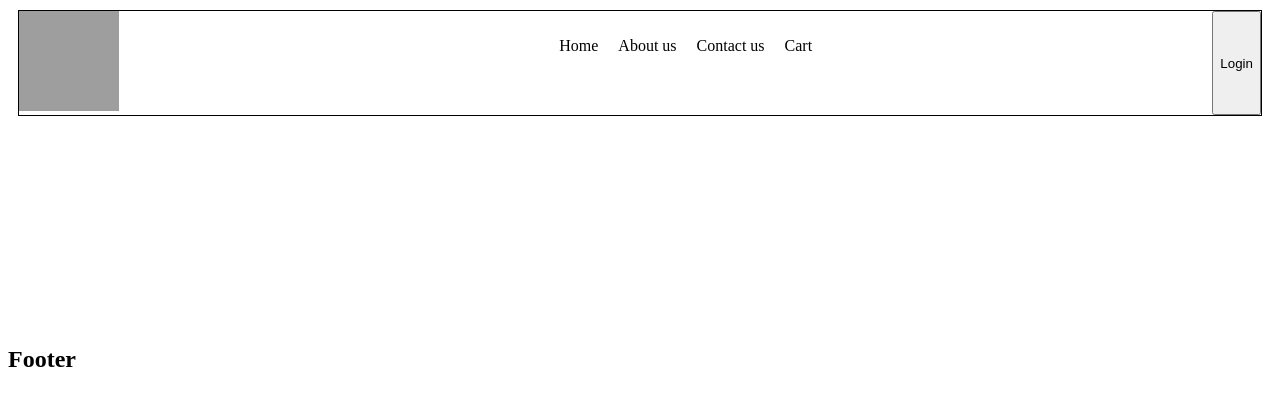
Repository: shivamv97/FOOD-VILLA-APP
Page: /
These files come from the project's save history. The page is drawn as it stood at one moment and after the next save; the edit follows.
The browser window is 1280 px wide. The pictures show the whole page.
Pictures or frames that could not be fetched are drawn as grey boxes. The page's requests for data from a server got no answer. The project was rebuilt for these pictures with package versions that can differ from the ones it lists, and the page was loaded fresh each time. No one was signed in, and anything a server would have sent is missing. Also part of the build but not shown: src/components/RestaurantCards.js.

Above is the page before, as saved 2024-08-02 19:03:48.

### index.html
<!DOCTYPE html>
<html lang="en">
  <head>
    <meta charset="UTF-8" />
    <meta name="viewport" content="width=device-width, initial-scale=1.0" />
    <title>Learning REACT</title>
    <link rel="stylesheet" href="style.css" />
  </head>
  <body>
    <div id="root">Not Rendered</div>
    <!-- <script
      crossorigin
      src="https://unpkg.com/react@18/umd/react.development.js"
    ></script>
    <script
      crossorigin
      src="https://unpkg.com/react-dom@18/umd/react-dom.development.js"
    ></script> -->
    <script type="module" src="src/App.js"></script>
  </body>
</html>

### style.css
.header {
  display: flex;
  justify-content: space-between;
  margin: 10px;
  border: 1px solid black;
}
.nav-items > ul {
  list-style-type: none;
  display: flex;
}

.nav-items > ul > li {
  padding: 10px;
}
.logo {
  width: 100px;
  height: 100px;
}

.card {
  width: 255px;
  border: 1px solid black;
  padding: 10px;
  margin: 10px;
  overflow-wrap: break-word;
}

.card > img {
  width: 100%;
}

.restaurant-list {
  display: flex;
  flex-wrap: wrap;
}

.shimmer-card {
  width: 2px00;
  height: 200px;
  background: lightgrey;
}

### src/App.js
import React from "react";
import ReactDOM from "react-dom/client";
import HeaderComponent from "./components/Title";
import Body from "./components/Body";
import Footer from "./components/Footer";

/*
Header
   -logo
   -Nav item(right side)
   -cart
Body
   -Search bar
   -RestrauntList
     -RestrauntCard
     -Image
     -Name
     -Ratings
     -Cusines
Footer
     -Links
     -Copyrigh
*/

const AppLayout = () => {
  return (
    <>
      <HeaderComponent />
      <Body />
      <Footer />
    </>
  );
};

const root = ReactDOM.createRoot(document.getElementById("root"));

root.render(<AppLayout />); //it will override children of div element

### src/components/Title.js
import { useState } from "react";

const LoggedInUser = () => {
  //API used for authentication
  return true;
};

const Title = () => (
  <a href="/ ">
    <img
      className="logo"
      alt="logo"
      src="https://encrypted-tbn0.gstatic.com/images?q=tbn:ANd9GcTJtFXKFKFoihdrJEvX4jBtXqfcO2kJ0KAlIg&s"
    />
  </a>
);

const HeaderComponent = () => {
  const [isLoggedIn, setisLoggedIn] = useState(false);
  return (
    <div className="header">
      <Title />
      <div className="nav-items">
        <ul>
          <li>Home</li>
          <li>About us</li>
          <li>Contact us</li>
          <li>Cart</li>
        </ul>
      </div>
      {isLoggedIn ? (
        <button onClick={() => setisLoggedIn(false)}>Logout</button>
      ) : (
        <button onClick={() => setisLoggedIn(true)}>Login</button>
      )}
    </div>
  );
};

export default HeaderComponent;

### src/components/Body.js
import { restaurantlist } from "../config";
import RestrauntCard from "./RestaurantCards";
import { useState, useEffect } from "react";
import Shimmer from "./shimmer";

function filterdata(searchText, restaurants) {
  return restaurants.filter((restaurant) =>
    restaurant.info.name.toLowerCase().includes(searchText.toLowerCase())
  );
}

const Body = () => {
  // const searchTxt = "KFC"; //for reference...(IN JS)
  const [AllRestaurants, setAllRestaurants] = useState([]);
  const [FilteredRestaurants, setFilteredRestaurants] = useState([]); //restaurantlist
  const [searchText, setsearchText] = useState(""); //To create state variable.......(IN REACT)
  // console.log("render()");

  useEffect(() => {
    //API call
    GetRestaurants();
  }, []);

  async function GetRestaurants() {
    const data = await fetch(
      "https://www.swiggy.com/dapi/restaurants/list/v5?lat=28.7040592&lng=77.10249019999999&collection=83667"
    );
    const json = await data.json();
    console.log(json);
    //you have to make change only in line 32,in cards[i],where i is keep changing in the above api link,try from 0-11
    //it's an config-driven UI,Hence,it's Grid Element position keeps on changing.......
    setAllRestaurants(
      json?.data?.cards[1]?.card?.card?.gridElements?.infoWithStyle?.restaurants
    );
    setFilteredRestaurants(
      json?.data?.cards[1]?.card?.card?.gridElements?.infoWithStyle?.restaurants
    );
  }

  console.log("render");

  //Don't render component(Early Return)
  // if (!AllRestaurants) return null;
  // if (FilteredRestaurants?.length === 0) return <h1>No Restaurants Found!</h1>;

  //Conditional rendering
  return AllRestaurants?.length == 0 ? (
    <Shimmer />
  ) : (
    <>
      <div className="search-box">
        <input
          type="text"
          className="search-input"
          placeholder="Search"
          value={searchText}
          onChange={(e) => {
            setsearchText(e.target.value);
          }}
        />
        <button
          className="search-btn"
          onClick={() => {
            //filter the data according to need
            const data = filterdata(searchText, AllRestaurants);
            setFilteredRestaurants(data);
            //need to update the state-restaurants
          }}
        >
          Search
        </button>
      </div>
      <div className="restaurant-list">
        {
          FilteredRestaurants.map((restaurant) => {
            return (
              <RestrauntCard key={restaurant.info.id} {...restaurant.info} />
            );
          })
          //H.W. => 1.PROPER PLACE FOR NO RESTAURANTS FOUND   2.SEARCH WENT OFF WHEN IT IS SHOWING NO RESTAURANTS FOUND..........
        }
      </div>
    </>
  );
};

export default Body;

### src/components/Footer.js
const Footer = () => {
  return <h2>Footer</h2>;
};

export default Footer;

### src/config.js
//PUT MY all Hard Coded File Here
export const Img_cdn_url =
  "https://media-assets.swiggy.com/swiggy/image/upload/fl_lossy,f_auto,q_auto,w_660/";

//Config Driven UI
export const restaurantlist = [
  //public API of Swiggy
  {
    "@type": "type.googleapis.com/swiggy.presentation.food.v2.Restaurant",
    info: {
      id: "8561",
      name: "Mughlai Junction",
      cloudinaryImageId: "tnl2yuuxi8zjbgru6iqj",
      locality: "Connaught Place",
      areaName: "Connaught Place",
      costForTwo: "₹600 for two",
      cuisines: ["Mughlai", "North Indian", "Tandoor"],
      avgRating: 4.3,
      parentId: "5354",
      avgRatingString: "4.3",
      totalRatingsString: "10K+",
      promoted: true,
      adTrackingId:
        "cid=15007607~p=0~adgrpid=15007607#ag1~mp=SWIGGY_IN~bl=FOOD~aet=RESTAURANT~aeid=8561~eid=321f01bc-98c6-405c-89d6-b18422bb8f70~srvts=1721229990431~collid=83639",
      sla: {
        deliveryTime: 37,
        lastMileTravel: 4.8,
        serviceability: "SERVICEABLE",
        slaString: "35-40 mins",
        lastMileTravelString: "4.8 km",
        iconType: "ICON_TYPE_EMPTY",
      },
      availability: {
        nextCloseTime: "2024-07-17 23:00:00",
        opened: true,
      },
      badges: {},
      isOpen: true,
      type: "F",
      badgesV2: {
        entityBadges: {
          textExtendedBadges: {},
          textBased: {},
          imageBased: {},
        },
      },
      aggregatedDiscountInfoV3: {
        header: "10% OFF",
        subHeader: "UPTO ₹35",
      },
      orderabilityCommunication: {
        title: {},
        subTitle: {},
        message: {},
        customIcon: {},
      },
      differentiatedUi: {
        displayType: "ADS_UI_DISPLAY_TYPE_ENUM_DEFAULT",
        differentiatedUiMediaDetails: {
          mediaType: "ADS_MEDIA_ENUM_IMAGE",
          lottie: {},
          video: {},
        },
      },
      reviewsSummary: {},
      displayType: "RESTAURANT_DISPLAY_TYPE_DEFAULT",
      restaurantOfferPresentationInfo: {},
      externalRatings: {
        aggregatedRating: {
          rating: "4.4",
          ratingCount: "1K+",
        },
        source: "GOOGLE",
        sourceIconImageId: "v1704440323/google_ratings/rating_google_tag",
      },
      ratingsDisplayPreference: "RATINGS_DISPLAY_PREFERENCE_SHOW_SWIGGY",
    },
    analytics: {},
    cta: {
      link: "swiggy://menu?restaurant_id=8561&source=collection&query=Biryani",
      text: "RESTAURANT_MENU",
      type: "DEEPLINK",
    },
    widgetId: "collectionV5RestaurantListWidget_SimRestoRelevance_food",
  },

  {
    "@type": "type.googleapis.com/swiggy.presentation.food.v2.Restaurant",
    info: {
      id: "817359",
      name: "Zahra Restaurant & Cafe",
      cloudinaryImageId: "asaqtuuszx7hzmxpnfpo",
      locality: "Old Delhi",
      areaName: "Old Delhi",
      costForTwo: "₹300 for two",
      cuisines: ["Indian", "Tandoor", "Kebabs", "Snacks", "Biryani"],
      avgRating: 4.3,
      parentId: "229129",
      avgRatingString: "4.3",
      totalRatingsString: "100+",
      sla: {
        deliveryTime: 29,
        lastMileTravel: 1.3,
        serviceability: "SERVICEABLE",
        slaString: "25-30 mins",
        lastMileTravelString: "1.3 km",
        iconType: "ICON_TYPE_EMPTY",
      },
      availability: {
        nextCloseTime: "2024-07-17 22:59:00",
        opened: true,
      },
      badges: {},
      isOpen: true,
      type: "F",
      badgesV2: {
        entityBadges: {
          textExtendedBadges: {},
          textBased: {},
          imageBased: {},
        },
      },
      aggregatedDiscountInfoV3: {
        header: "50% OFF",
        subHeader: "UPTO ₹100",
      },
      orderabilityCommunication: {
        title: {},
        subTitle: {},
        message: {},
        customIcon: {},
      },
      differentiatedUi: {
        displayType: "ADS_UI_DISPLAY_TYPE_ENUM_DEFAULT",
        differentiatedUiMediaDetails: {
          mediaType: "ADS_MEDIA_ENUM_IMAGE",
          lottie: {},
          video: {},
        },
      },
      reviewsSummary: {},
      displayType: "RESTAURANT_DISPLAY_TYPE_DEFAULT",
      restaurantOfferPresentationInfo: {},
      externalRatings: {
        aggregatedRating: {
          rating: "--",
        },
      },
      ratingsDisplayPreference: "RATINGS_DISPLAY_PREFERENCE_SHOW_SWIGGY",
    },
    analytics: {},
    cta: {
      link: "swiggy://menu?restaurant_id=817359&source=collection&query=Biryani",
      text: "RESTAURANT_MENU",
      type: "DEEPLINK",
    },
    widgetId: "collectionV5RestaurantListWidget_SimRestoRelevance_food",
  },

  {
    "@type": "type.googleapis.com/swiggy.presentation.food.v2.Restaurant",
    info: {
      id: "81523",
      name: "Amma Mess",
      cloudinaryImageId: "a09jpzja1zusso85bbmz",
      locality: "Karol Bagh",
      areaName: "Karol Bagh",
      costForTwo: "₹300 for two",
      cuisines: ["South Indian"],
      avgRating: 4.5,
      parentId: "15687",
      avgRatingString: "4.5",
      totalRatingsString: "10K+",
      promoted: true,
      adTrackingId:
        "cid=15010070~p=1~adgrpid=15010070#ag1~mp=SWIGGY_IN~bl=FOOD~aet=RESTAURANT~aeid=81523~eid=b2807d99-426d-4265-8bac-9448c8101a5f~srvts=1721229990431~collid=83639",
      sla: {
        deliveryTime: 37,
        lastMileTravel: 6.3,
        serviceability: "SERVICEABLE",
        slaString: "35-40 mins",
        lastMileTravelString: "6.3 km",
        iconType: "ICON_TYPE_EMPTY",
      },
      availability: {
        nextCloseTime: "2024-07-17 22:30:00",
        opened: true,
      },
      badges: {},
      isOpen: true,
      aggregatedDiscountInfoV2: {},
      type: "F",
      badgesV2: {
        entityBadges: {
          textBased: {},
          imageBased: {},
          textExtendedBadges: {},
        },
      },
      orderabilityCommunication: {
        title: {},
        subTitle: {},
        message: {},
        customIcon: {},
      },
      differentiatedUi: {
        displayType: "ADS_UI_DISPLAY_TYPE_ENUM_DEFAULT",
        differentiatedUiMediaDetails: {
          mediaType: "ADS_MEDIA_ENUM_IMAGE",
          lottie: {},
          video: {},
        },
      },
      reviewsSummary: {},
      displayType: "RESTAURANT_DISPLAY_TYPE_DEFAULT",
      restaurantOfferPresentationInfo: {},
      externalRatings: {
        aggregatedRating: {
          rating: "4.2",
          ratingCount: "1K+",
        },
        source: "GOOGLE",
        sourceIconImageId: "v1704440323/google_ratings/rating_google_tag",
      },
      ratingsDisplayPreference: "RATINGS_DISPLAY_PREFERENCE_SHOW_SWIGGY",
    },
    analytics: {},
    cta: {
      link: "swiggy://menu?restaurant_id=81523&source=collection&query=Biryani",
      text: "RESTAURANT_MENU",
      type: "DEEPLINK",
    },
    widgetId: "collectionV5RestaurantListWidget_SimRestoRelevance_food",
  },

  {
    "@type": "type.googleapis.com/swiggy.presentation.food.v2.Restaurant",
    info: {
      id: "144716",
      name: "Mughlai Invitation",
      cloudinaryImageId: "a4530760ed2ff35b487605618cc6dc45",
      areaName: "Chandni Chowk",
      costForTwo: "₹200 for two",
      cuisines: ["Indian", "Mughlai", "Biryani", "Sweets"],
      avgRating: 4.6,
      parentId: "141076",
      avgRatingString: "4.6",
      totalRatingsString: "100+",
      sla: {
        deliveryTime: 30,
        lastMileTravel: 1.5,
        serviceability: "SERVICEABLE",
        slaString: "30-35 mins",
        lastMileTravelString: "1.5 km",
        iconType: "ICON_TYPE_EMPTY",
      },
      availability: {
        nextCloseTime: "2024-07-17 22:59:00",
        opened: true,
      },
      badges: {},
      isOpen: true,
      aggregatedDiscountInfoV2: {},
      type: "F",
      badgesV2: {
        entityBadges: {
          textExtendedBadges: {},
          textBased: {},
          imageBased: {},
        },
      },
      orderabilityCommunication: {
        title: {},
        subTitle: {},
        message: {},
        customIcon: {},
      },
      differentiatedUi: {
        displayType: "ADS_UI_DISPLAY_TYPE_ENUM_DEFAULT",
        differentiatedUiMediaDetails: {
          mediaType: "ADS_MEDIA_ENUM_IMAGE",
          lottie: {},
          video: {},
        },
      },
      reviewsSummary: {},
      displayType: "RESTAURANT_DISPLAY_TYPE_DEFAULT",
      restaurantOfferPresentationInfo: {},
      externalRatings: {
        aggregatedRating: {
          rating: "4.8",
          ratingCount: "100+",
        },
        source: "GOOGLE",
        sourceIconImageId: "v1704440323/google_ratings/rating_google_tag",
      },
      ratingsDisplayPreference: "RATINGS_DISPLAY_PREFERENCE_SHOW_SWIGGY",
    },
    analytics: {},
    cta: {
      link: "swiggy://menu?restaurant_id=144716&source=collection&query=Biryani",
      text: "RESTAURANT_MENU",
      type: "DEEPLINK",
    },
    widgetId: "collectionV5RestaurantListWidget_SimRestoRelevance_food",
  },

  {
    "@type": "type.googleapis.com/swiggy.presentation.food.v2.Restaurant",
    info: {
      id: "64321",
      name: "Southern Masala",
      cloudinaryImageId: "14527e27a298304dd07904f777372cb5",
      locality: "Karol Bagh",
      areaName: "Karol Bagh",
      costForTwo: "₹350 for two",
      cuisines: ["Andhra", "Biryani", "South Indian", "Thalis"],
      avgRating: 3.9,
      parentId: "17286",
      avgRatingString: "3.9",
      totalRatingsString: "1K+",
      promoted: true,
      adTrackingId:
        "cid=15472783~p=2~adgrpid=15472783#ag1~mp=SWIGGY_IN~bl=FOOD~aet=RESTAURANT~aeid=64321~eid=785e1ed6-7474-46a2-ba9f-4a9325d5fabc~srvts=1721229990431~collid=83639",
      sla: {
        deliveryTime: 38,
        lastMileTravel: 5,
        serviceability: "SERVICEABLE",
        slaString: "35-40 mins",
        lastMileTravelString: "5.0 km",
        iconType: "ICON_TYPE_EMPTY",
      },
      availability: {
        nextCloseTime: "2024-07-17 22:00:00",
        opened: true,
      },
      badges: {},
      isOpen: true,
      type: "F",
      badgesV2: {
        entityBadges: {
          textBased: {},
          imageBased: {},
          textExtendedBadges: {},
        },
      },
      aggregatedDiscountInfoV3: {
        header: "₹125 OFF",
        subHeader: "ABOVE ₹199",
        discountTag: "FLAT DEAL",
      },
      orderabilityCommunication: {
        title: {},
        subTitle: {},
        message: {},
        customIcon: {},
      },
      differentiatedUi: {
        displayType: "ADS_UI_DISPLAY_TYPE_ENUM_DEFAULT",
        differentiatedUiMediaDetails: {
          mediaType: "ADS_MEDIA_ENUM_IMAGE",
          lottie: {},
          video: {},
        },
      },
      reviewsSummary: {},
      displayType: "RESTAURANT_DISPLAY_TYPE_DEFAULT",
      restaurantOfferPresentationInfo: {},
      externalRatings: {
        aggregatedRating: {
          rating: "4.1",
          ratingCount: "100+",
        },
        source: "GOOGLE",
        sourceIconImageId: "v1704440323/google_ratings/rating_google_tag",
      },
      ratingsDisplayPreference: "RATINGS_DISPLAY_PREFERENCE_SHOW_SWIGGY",
    },
    analytics: {},
    cta: {
      link: "swiggy://menu?restaurant_id=64321&source=collection&query=Biryani",
      text: "RESTAURANT_MENU",
      type: "DEEPLINK",
    },
    widgetId: "collectionV5RestaurantListWidget_SimRestoRelevance_food",
  },
];

### src/components/shimmer.js
const Shimmer = () => {
  return (
    <div className="restaurant-list">
      <div className="shimmer-card"></div>
    </div>
  );
};

export default Shimmer;

After the next save:
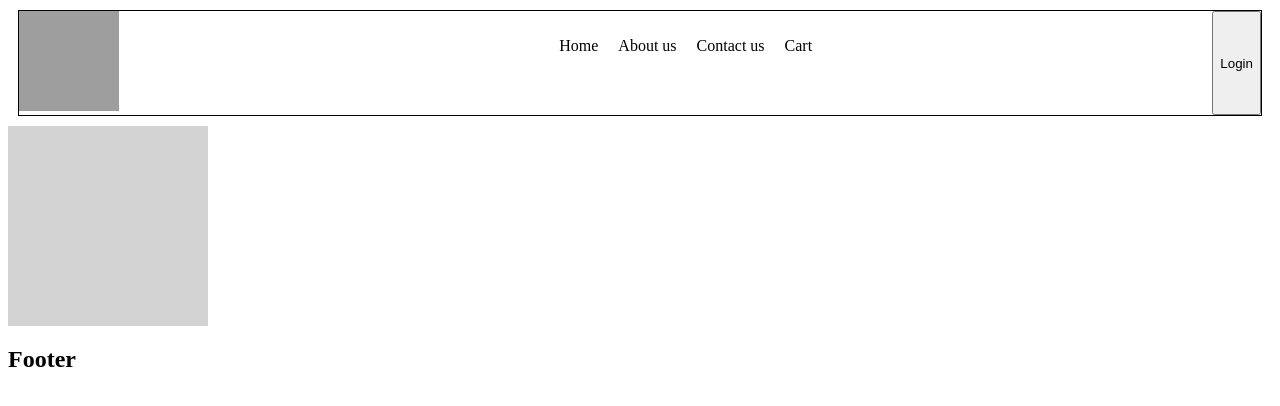
Saved 5 s later.
--- a/style.css
+++ b/style.css
@@ -35,7 +35,7 @@
 }
 
 .shimmer-card {
-  width: 2px00;
+  width: 200px;
   height: 200px;
   background: lightgrey;
 }
